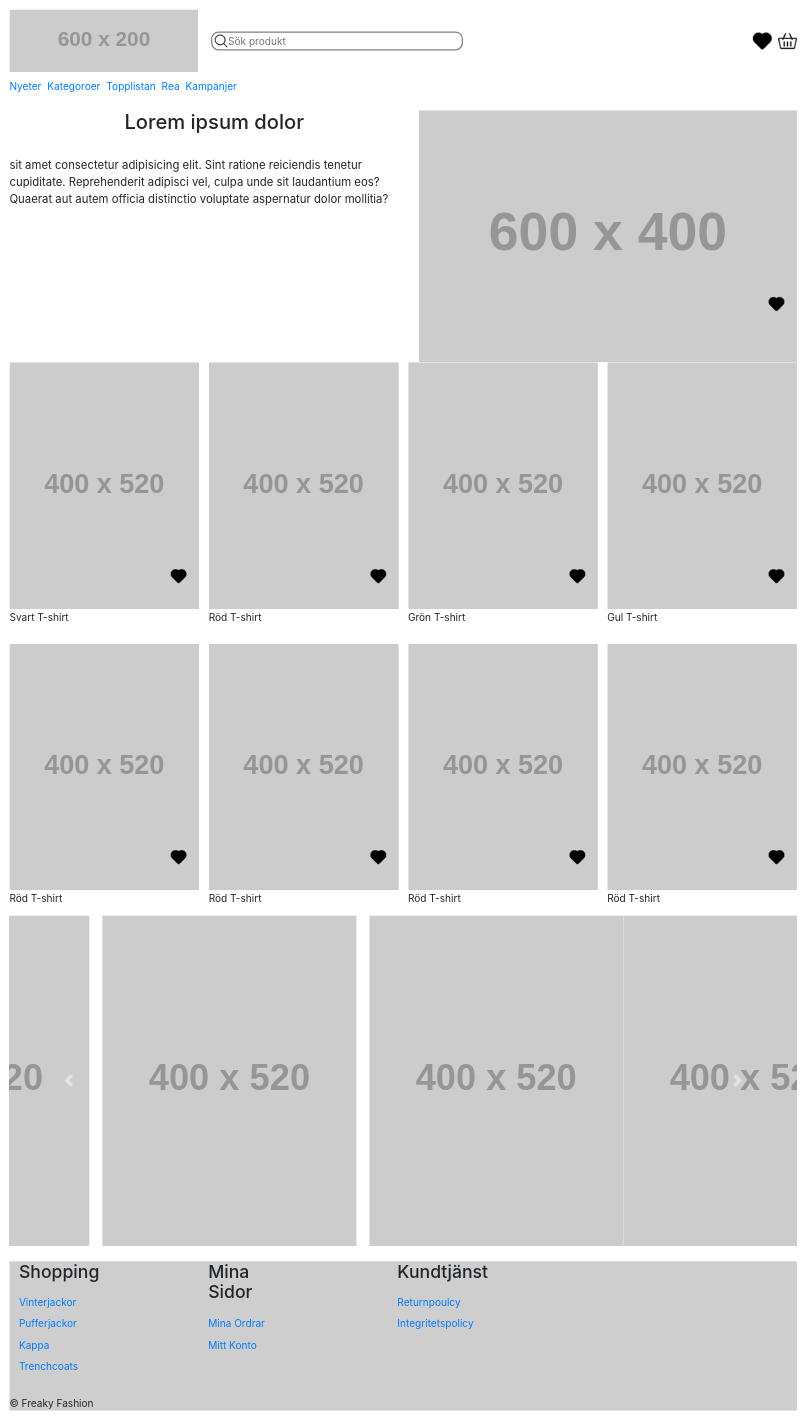
Repository: Kalle1995/project
Page: index.html
The author's editor kept a copy of each file at every save. The page is drawn from the files as they stood at one save, then again after the next save.
The browser window is 1280 px wide. The pictures show the whole page, at 63% of full size.

Above is the page before, as saved 2024-10-06 20:11:23.

### index.html
<!DOCTYPE html>
<html lang="sv">

<head>
  <meta charset="UTF-8" />
  <meta name="viewport" content="width=device-width, initial-scale=1.0" />
  <title>Freaky Fashion</title>

  <link rel="stylesheet" href="main.css" />

  <script src="https://code.jquery.com/jquery-3.7.1.slim.min.js" integrity="sha256-kmHvs0B+OpCW5GVHUNjv9rOmY0IvSIRcf7zGUDTDQM8=" crossorigin="anonymous"></script>

  <link rel="stylesheet" href="https://cdn.jsdelivr.net/npm/bootstrap@4.0.0/dist/css/bootstrap.min.css" integrity="sha384-Gn5384xqQ1aoWXA+058RXPxPg6fy4IWvTNh0E263XmFcJlSAwiGgFAW/dAiS6JXm" crossorigin="anonymous">
  <script src="https://cdn.jsdelivr.net/npm/bootstrap@4.0.0/dist/js/bootstrap.min.js" integrity="sha384-JZR6Spejh4U02d8jOt6vLEHfe/JQGiRRSQQxSfFWpi1MquVdAyjUar5+76PVCmYl" crossorigin="anonymous"></script>
</head>

<body>
  <header>
    <section>
      <div class="wholeHead">
        <img src="https://placehold.co/600x200 " alt="icon" class="icon" />

        <div class="searchAndIcons">
          <input type="search" placeholder="Sök produkt" class="search">
          <div class="headIcons">
            <a href="#"><img src="bilder/full heart.png" alt="favourite"></a>
            <a href="#"><img src="bilder/cart.png" alt="cart"></a>
          </div>
        </div>
      </div>

      <!-- jag behöver fixa att man kan sriva och iconen förvinner -->
      <!-- om, jag har div för input typ så den ta hela raden -->

      <div>
        <nav class="NavList">
          <ul>
            <li class=" flex-row nav-list-item"><a href="#">Nyeter</a></li>
            <li class="nav-list-item hide-on-mobile ejnav"><a href="#">Kategoroer</a></li>
            <li class="nav-list-item"><a href="#">Topplistan</a></li>
            <li class="nav-list-item"><a href="#">Rea</a></li>
            <li class="nav-list-item"><a href="#">Kampanjer</a></li>
          </ul>
        </nav>
      </div>

      <!-- <dl> och <dt> använda man i detta falet  -->

    </section>
  </header>

  <main>
    <section class="mid">
      <article>
        <fieldset class="head">
          <img class="head-image" src="https://placehold.co/600x400" alt="" class="loremPic">
          <div>
            <h2 class="head-title">Lorem ipsum dolor</h2>
            <p class="head-text">
              <br>sit amet consectetur adipisicing elit. Sint ratione reiciendis tenetur cupiditate. Reprehenderit
              adipisci
              vel, culpa unde sit laudantium eos? Quaerat aut autem officia distinctio voluptate aspernatur dolor
              mollitia?
            </p>
          </div>
        </fieldset><img class="product-icon" src="bilder/full heart.png" alt="">
      </article>
    </section>
    <section class="products">
      <!-- grid container -->
      <div class="product">
        <img class="product-icon" src="bilder/full heart.png" alt="">
        <img class="product-pic" src="https://placehold.co/400x520/png?text=Black+T-shirt" alt="Svart T-shirt" />
        <p>Svart T-shirt</p>
      </div>

      <div class="product">
        <img class="product-icon" src="bilder/full heart.png" alt="">
        <img class="product-pic" src="https://placehold.co/400x520/png?text=Red+T-shirt" alt="" />
        <p>Röd T-shirt</p>
      </div>

      <div class="product">
        <img class="product-icon" src="bilder/full heart.png" alt="">
        <img class="product-pic" src="https://placehold.co/400x520/png?text=Green+T-shirt" alt="" />
        <p>Grön T-shirt</p>
      </div>

      <div class="product">
        <img class="product-icon" src="bilder/full heart.png" alt="">
        <img class="product-pic" src="https://placehold.co/400x520/png?text=Gul+T-shirt" alt="" />
        <p>Gul T-shirt</p>

      </div>

      <div class="product">
        <img class="product-icon" src="bilder/full heart.png" alt="">
        <img class="product-pic" src="https://placehold.co/400x520/png?text=Red+T-shirt" alt="">
        <p>Röd T-shirt</p>
      </div>

      <div class="product">
        <img class="product-icon" src="bilder/full heart.png" alt="">
        <img class="product-pic" src="https://placehold.co/400x520/png?text=Red+T-shirt" alt="">
        <p>Röd T-shirt</p>
      </div>

      <div class="product">
        <img class="product-icon" src="bilder/full heart.png" alt="">
        <img class="product-pic" src="https://placehold.co/400x520/png?text=Red+T-shirt" alt="">
        <p>Röd T-shirt</p>
      </div>

      <div class="product">
        <img class="product-icon" src="bilder/full heart.png" alt="">
        <img class="product-pic" src="https://placehold.co/400x520/png?text=Red+T-shirt" alt="">
        <p>Röd T-shirt</p>
      </div>
    </section>

    <div id="carouselExampleControls" class="carousel slide" data-ride="carousel">
      <div class="carousel-inner">
        <div class="carousel-item active">
          <div class="slide">
            <img class="d-block w-100" src="https://placehold.co/400x520/png?text=Red+T-shirt" alt="First slide">
            <img class="d-block w-100" src="https://placehold.co/400x520/png?text=Red+T-shirt" alt="Third slide">
            <img class="d-block w-100" src="https://placehold.co/400x520/png?text=Red+T-shirt" alt="Second slide">
          </div>
        </div>
        <div class="carousel-item">
          <div class="slide">
            <img class="d-block w-100" src="https://placehold.co/400x520/png?text=Red+T-shirt" alt="First slide">
            <img class="d-block w-100" src="https://placehold.co/400x520/png?text=Red+T-shirt" alt="Third slide">
            <img class="d-block w-100" src="https://placehold.co/400x520/png?text=Red+T-shirt" alt="Second slide">
          </div>
        </div>
        <div class="carousel-item">
          <div class="slide">
            <img class="d-block w-100" src="https://placehold.co/400x520/png?text=Red+T-shirt" alt="First slide">
            <img class="d-block w-100" src="https://placehold.co/400x520/png?text=Red+T-shirt" alt="Third slide">
          </div>
        </div>
      </div>
      <a class="carousel-control-prev" href="#carouselExampleControls" role="button" data-slide="prev">
        <span class="carousel-control-prev-icon" aria-hidden="true"></span>
        <span class="sr-only">Previous</span>
      </a>
      <a class="carousel-control-next" href="#carouselExampleControls" role="button" data-slide="next">
        <span class="carousel-control-next-icon" aria-hidden="true"></span>
        <span class="sr-only">Next</span>
      </a>
    </div>
  </main>

  <br>

  <footer class="normal-footer">
    <div class="list-container">
        <div class="list">
            <h3>Shopping</h3>
            <li>
                <ul><a href="#">Vinterjackor</a></ul>
                <ul><a href="#">Pufferjackor</a></ul>
                <ul><a href="#">Kappa</a></ul>
                <ul><a href="#">Trenchcoats</a></ul>
            </li>
        </div>

        <div class="list">
            <h3>Mina Sidor</h3>
            <li>
                <ul><a href="#">Mina Ordrar</a></ul>
                <ul><a href="#">Mitt Konto</a></ul>
            </li>
        </div>

        <div class="list">
            <h3>Kundtjänst</h3>
            <li>
                <ul><a href="#">Returnpoulcy</a></ul>
                <ul><a href="#">Integritetspolicy</a></ul>
            </li>
        </div>
    </div>

    <div class="Company">&copy; Freaky Fashion</div>
</footer>

  <footer class="small-footer">
    <div class="accordion accordion-flush" id="accordionFlushExample">
      <div class="accordion-item">
        <h2 class="accordion-header" id="flush-headingOne">
          <button class="accordion-button collapsed" type="button" data-bs-toggle="collapse" data-bs-target="#flush-collapseOne" aria-expanded="false" aria-controls="flush-collapseOne">
            Accordion Item #1
          </button>
        </h2>
        <div id="flush-collapseOne" class="accordion-collapse collapse" aria-labelledby="flush-headingOne" data-bs-parent="#accordionFlushExample">
          <div class="accordion-body">Placeholder content for this accordion, which is intended to demonstrate the <code>.accordion-flush</code> class. This is the first item's accordion body.</div>
        </div>
      </div>
      <div class="accordion-item">
        <h2 class="accordion-header" id="flush-headingTwo">
          <button class="accordion-button collapsed" type="button" data-bs-toggle="collapse" data-bs-target="#flush-collapseTwo" aria-expanded="false" aria-controls="flush-collapseTwo">
            Accordion Item #2
          </button>
        </h2>
        <div id="flush-collapseTwo" class="accordion-collapse collapse" aria-labelledby="flush-headingTwo" data-bs-parent="#accordionFlushExample">
          <div class="accordion-body">Placeholder content for this accordion, which is intended to demonstrate the <code>.accordion-flush</code> class. This is the second item's accordion body. Let's imagine this being filled with some actual content.</div>
        </div>
      </div>
      <div class="accordion-item">
        <h2 class="accordion-header" id="flush-headingThree">
          <button class="accordion-button collapsed" type="button" data-bs-toggle="collapse" data-bs-target="#flush-collapseThree" aria-expanded="false" aria-controls="flush-collapseThree">
            Accordion Item #3
          </button>
        </h2>
        <div id="flush-collapseThree" class="accordion-collapse collapse" aria-labelledby="flush-headingThree" data-bs-parent="#accordionFlushExample">
          <div class="accordion-body">Placeholder content for this accordion, which is intended to demonstrate the <code>.accordion-flush</code> class. This is the third item's accordion body. Nothing more exciting happening here in terms of content, but just filling up the space to make it look, at least at first glance, a bit more representative of how this would look in a real-world application.</div>
        </div>
      </div>
    </div>
  </footer>
</body>

</html>

### main.css
body {
    padding: 15px;
    font-size: 2em;
    display: grid;

}


.head-title {
    text-align: center;
}

.products {
    display: grid;
    gap: 15px;
}

ul {
    list-style-type: none;
    margin: 0;
    padding: 0;

}

.search {
    border: 2px solid gray;
    border-radius: 12px;
    padding: 5px;
    display: inline;
    background-image: url(bilder/search.png);
    background-repeat: no-repeat;
    background-position: 4px;
    padding-left: 25px;

}

.NavList {
    padding-bottom: 10px;
    padding-top: 10px;

}

.hide-on-mobile {
    display: none;
}

.nav-list-item {
    a {
        text-decoration: none;
    }
}

.product {
    position: relative;
}

.product-icon {
    right: 20px;
    bottom: 80px;
    position: absolute;
}

.product-pic {
    width: 100%;
    height: auto;
}

.head {
    display: flex;
    flex-direction: column;
}

.head-image {
    width: 100%;
}

.wholeHead {
    display: flex;
    flex-direction: row;
}

.searchAndIcons {
    width: 100%;
    display: flex;
    flex-direction: row;
    margin: auto 0 auto 20px;
}

.search {
    height: 30px;
    width: 100%;
    max-width: 400px;
    margin-right: 10px;
}

.headIcons {
    display: flex;
    gap: 10px;
    margin-right: 0;
    margin-left: auto;

    img {
        height: 30px;
    }
}

.icon {
    width: 300px;
}

.small-footer {
    display: none;
}


@media (max-width: 640px) {
    .mid {
        position: relative;
        display: block;
        font-size: medium;
    }

    li {
        margin-bottom: 3px;
    }

    .icon {
        width: 100%;
    }

    .wholeHead {
        flex-direction: column;
    }

    .search {
        height: 35px;
        width: 100%;
        max-width: 400px;
    }

    .headIcons {
        img {
            height: 35px;
        }
    }

    .searchAndIcons {
        margin-top: 10px;
        margin-left: 0;
    }

    .small-footer {
        display: block;
    }

    .normal-footer {
        display: none;
    }
}

@media (min-width: 640px) {
    .products {
        grid-template-columns: repeat(2, 1fr);
    }

    .mid {
        position: relative;
        display: block;
        font-size: large;
    }

    li {
        display: inline;
        margin-right: 5px;
    }
}

body {
    font-size: 1.5em;
}

@media (min-width: 1024px) {
    .products {
        grid-template-columns: repeat(4, 1fr);
    }

    body {
        font-size: 1em;
    }

    .listan {
        display: flex;
    }

    li {
        display: inline;
        margin-right: 5px;
    }

    .hide-on-mobile {
        display: inline-block;
    }

    .head {
        flex-direction: row-reverse;
    }
}





/*
    @media (max-width:1024px) {
        .ejnav {
            display: none;
        }

      }
*/



/*
      @media print {
        body {
            font-size: 4em;
        }
        img {
            display: none;
        }
      }
*/



/*
här för Nyproduckt sidan
*/


.slide {
    display: flex;
    flex-direction: row;
    gap: 20px
}

header>h3 {
    position: absolute;
    left: 10px;
    bottom: auto;
}

.vänster {
    display: grid;
    grid-template-rows: 100%;
    background-color: gray;
}

.w-100 {
    width: 100%;
}

.liggTill {
    hero-text button: hover
}


/*
kassa sidan
*/

.kassa {
    text-align: center;

}






.buy>button {
    display: grid;
    align-items: center;
    width: 80px;
    height: 30px;
    background-color: rgb(255, 255, 255);
    margin-left: 50%;
    font-weight: bold;
    border-radius: 10px;

}



.custom.btn-success {
    color: red;
}

.no-space {
    margin: 0;
    padding: 0;
    border: none;
    border-top: 1px solid black;
    /* Valfri färg eller stil på linjen */
}


.normal-footer {
    padding: 0;
    background-color: rgb(207, 206, 206)
}

.list-container {
    display: inline-flex;
    justify-content: space-between;
    /* Ser till att listorna sprids ut jämnt */
    gap: 150px;
    /* Mellanrum mellan listorna */
}

.list {
    flex: 1;
    /* Gör att listorna tar upp lika mycket plats */
    padding-left: 15px;
}

.list h3 {
    margin-bottom: 20px;
}

.list li {
    list-style-type: none;
    /* ingen punkter i listan */
    padding: 0;
}

.list li ul {
    margin-bottom: 10px;
}




/*
Administration
*/

.AD {
    width: 115%;
    padding-left: 15px;
    margin-left: -25px;
    margin-top: -25px;
    float: left;
    font-style: normal;
    background-color: rgb(0, 0, 0);
    position: relative;
    display: flex;
    color: white;
}

.PR {
    background-color: rgb(209, 209, 208);
    height: auto;
    margin-left: -25px;
    padding-left: 20px;
    margin-right: auto;
    padding-right: 70px;
    padding-top: 15px;
    font-weight: bold;
    position: relative;
}

.AR {
    position: relative;
    ;
    left: 200px;
    top: -40px;

}













/*

.Company{
    text-align: center;
    bottom: auto;
}

After the next save:
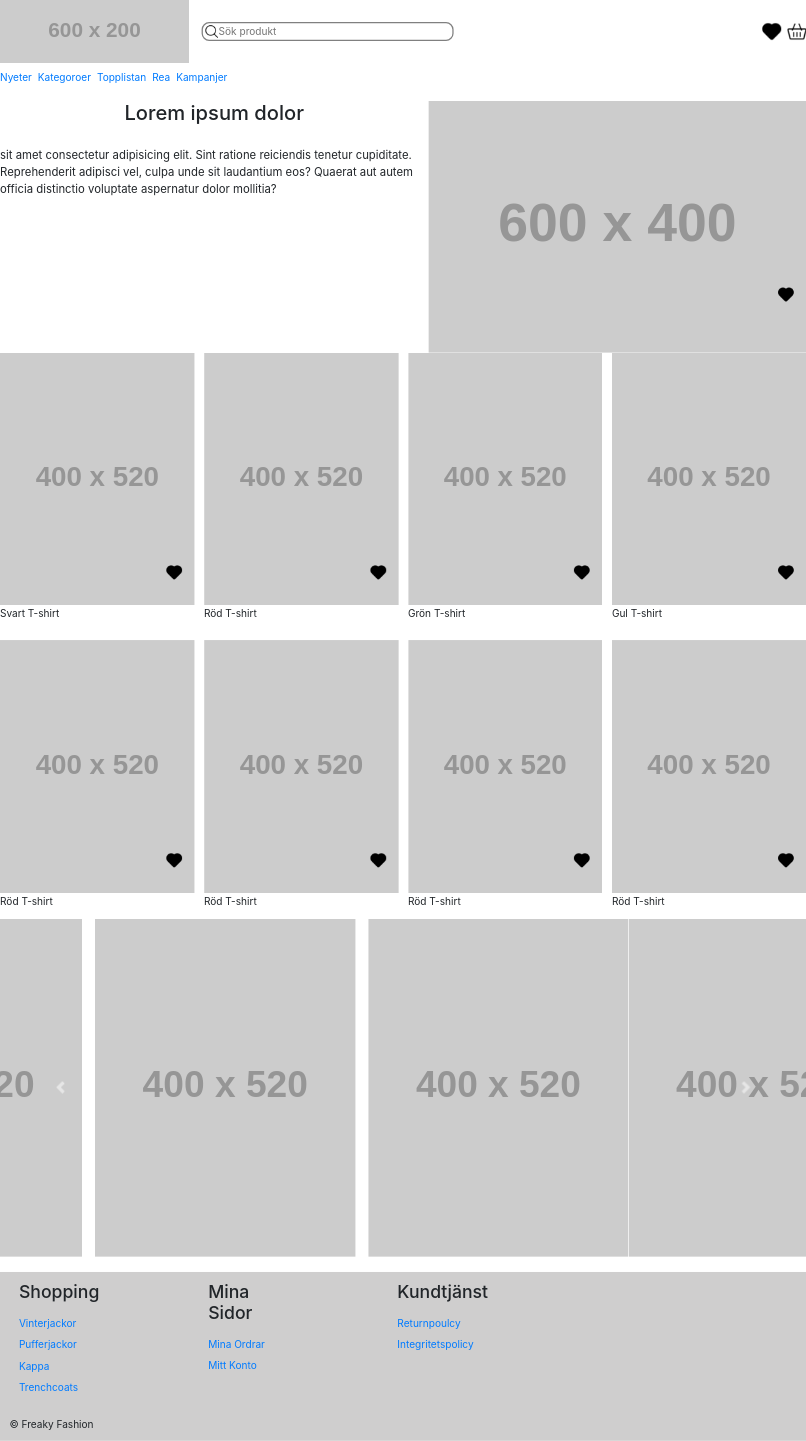
Saved 57 s later.
--- a/main.css
+++ b/main.css
@@ -307,8 +307,12 @@ kassa sidan
 }
 
 
+body {
+    padding: 0;
+}
+
 .normal-footer {
-    padding: 0;
+    padding: 15px;
     background-color: rgb(207, 206, 206)
 }
 
